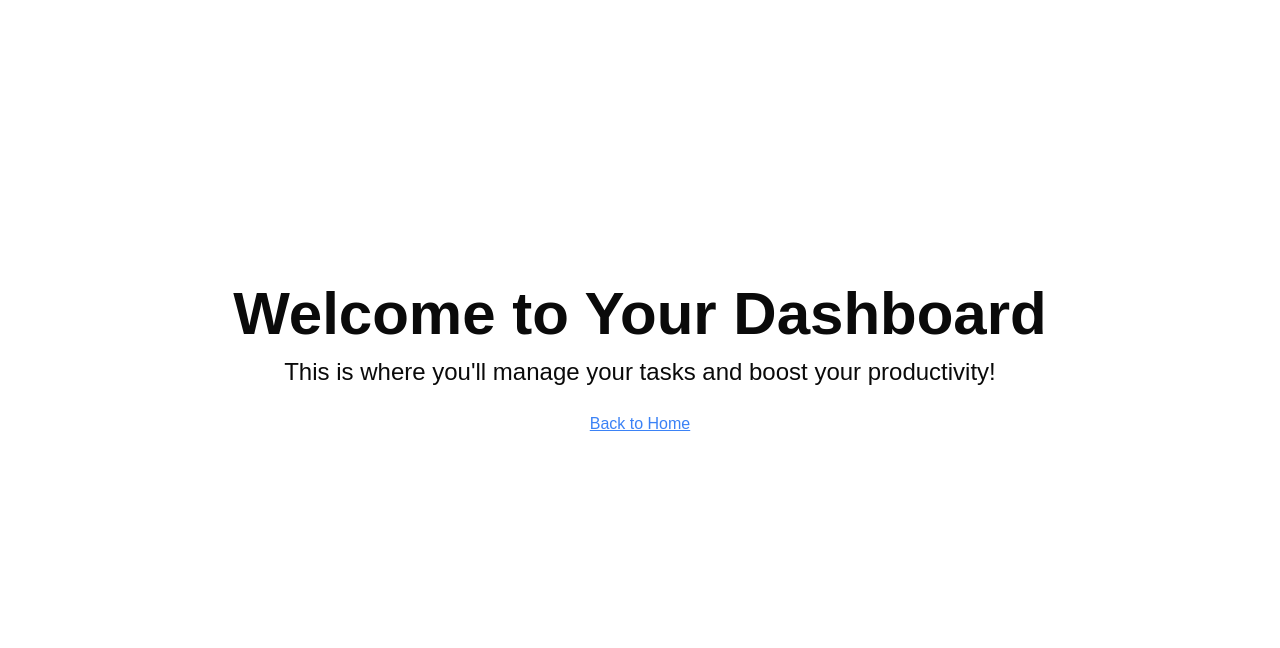
Repository: malikbarbier7/better-todo
Page: /dashboard
An editor plug-in stored every save of this project. The page is shown before and after the next save, followed by the edit.
The browser window is 1280 px wide. The pictures show the whole page.
The project was rebuilt for these pictures with package versions that can differ from the ones it lists, and the page was loaded fresh each time. The framework's server and built-in components were replaced by stand-ins that run in the browser. Also part of the build but not shown: next.config.js, next.config.mjs.

Above is the page before, as saved 2024-10-04 09:58:13.

### app/dashboard/page.tsx
import Link from 'next/link'

export default function DashboardPage() {
  return (
    <div className="flex flex-col items-center justify-center min-h-screen py-2">
      <main className="flex flex-col items-center justify-center w-full flex-1 px-20 text-center">
        <h1 className="text-6xl font-bold">
          Welcome to Your Dashboard
        </h1>
        <p className="mt-3 text-2xl">
          This is where you'll manage your tasks and boost your productivity!
        </p>
        <div className="mt-6">
          <Link href="/" className="text-blue-500 hover:text-blue-600 underline">
            Back to Home
          </Link>
        </div>
      </main>
    </div>
  )
}

### components/dashboard.tsx
'use client'

import React from 'react'
import { Button } from "@/components/ui/button"
import { Card, CardContent, CardHeader, CardTitle } from "@/components/ui/card"
import { Input } from "@/components/ui/input"
import { Tabs, TabsContent, TabsList, TabsTrigger } from "@/components/ui/tabs"
import { CalendarDays, CheckCircle, Circle, ListTodo, PlusCircle, X } from "lucide-react"

export function Dashboard() {
  const [tabs, setTabs] = React.useState(['All', 'Work', 'Personal', 'Side Project'])
  const [activeTab, setActiveTab] = React.useState('All')
  const [newTabName, setNewTabName] = React.useState('')
  const [newTaskName, setNewTaskName] = React.useState('')
  const [tasks, setTasks] = React.useState({
    'All': [
      { id: 1, name: 'Complete project proposal', status: 'pending', category: 'Work', dueDate: 'Due in 2 days' },
      { id: 2, name: 'Review team updates', status: 'completed', category: 'Work', dueDate: 'Completed yesterday' },
      { id: 3, name: 'Plan team building activity', status: 'pending', category: 'Work', dueDate: 'Due next week' },
      { id: 4, name: 'Buy groceries', status: 'pending', category: 'Personal', dueDate: 'Due tomorrow' },
      { id: 5, name: 'Work on side project', status: 'pending', category: 'Side Project', dueDate: 'Due in 3 days' },
    ],
    'Work': [
      { id: 1, name: 'Complete project proposal', status: 'pending', category: 'Work', dueDate: 'Due in 2 days' },
      { id: 2, name: 'Review team updates', status: 'completed', category: 'Work', dueDate: 'Completed yesterday' },
      { id: 3, name: 'Plan team building activity', status: 'pending', category: 'Work', dueDate: 'Due next week' },
    ],
    'Personal': [
      { id: 4, name: 'Buy groceries', status: 'pending', category: 'Personal', dueDate: 'Due tomorrow' },
    ],
    'Side Project': [
      { id: 5, name: 'Work on side project', status: 'pending', category: 'Side Project', dueDate: 'Due in 3 days' },
    ],
  })

  const handleAddTab = () => {
    if (newTabName && !tabs.includes(newTabName)) {
      setTabs([...tabs, newTabName])
      setTasks({ ...tasks, [newTabName]: [] })
      setActiveTab(newTabName)
      setNewTabName('')
    }
  }

  const handleRemoveTab = (tab: string) => {
    if (tab !== 'All') {
      const newTabs = tabs.filter(t => t !== tab)
      const { [tab]: removedTasks, ...restTasks } = tasks
      setTabs(newTabs)
      setTasks(restTasks)
      setActiveTab('All')
    }
  }

  const handleAddTask = (e: React.FormEvent) => {
    e.preventDefault()
    if (newTaskName) {
      const newTask = {
        id: Date.now(),
        name: newTaskName,
        status: 'pending',
        category: activeTab === 'All' ? 'Uncategorized' : activeTab,
        dueDate: 'Not set'
      }
      setTasks(prevTasks => ({
        ...prevTasks,
        [activeTab]: [...prevTasks[activeTab], newTask],
        'All': [...prevTasks['All'], newTask]
      }))
      setNewTaskName('')
    }
  }

  return (
    <div className="flex flex-col min-h-screen">
      <header className="flex items-center h-16 px-4 border-b shrink-0 md:px-6">
        <nav className="flex-1">
          <ul className="flex items-center gap-4 text-sm font-medium">
            <li className="flex items-center gap-2">
              <ListTodo className="w-4 h-4" />
              <span>Todo App</span>
            </li>
          </ul>
        </nav>
        <div className="flex items-center gap-4 md:gap-2 lg:gap-4">
          <Button variant="outline" size="icon">
            <CalendarDays className="w-4 h-4" />
            <span className="sr-only">View calendar</span>
          </Button>
          <Button variant="outline" size="icon">
            <PlusCircle className="w-4 h-4" />
            <span className="sr-only">Create new task</span>
          </Button>
        </div>
      </header>
      <main className="flex-1 overflow-auto p-4 md:p-6">
        <div className="grid gap-4 md:grid-cols-2 lg:grid-cols-4">
          <Card>
            <CardHeader className="flex flex-row items-center justify-between pb-2 space-y-0">
              <CardTitle className="text-sm font-medium">Total Tasks</CardTitle>
              <ListTodo className="w-4 h-4 text-muted-foreground" />
            </CardHeader>
            <CardContent>
              <div className="text-2xl font-bold">24</div>
              <p className="text-xs text-muted-foreground">+2 from yesterday</p>
            </CardContent>
          </Card>
          <Card>
            <CardHeader className="flex flex-row items-center justify-between pb-2 space-y-0">
              <CardTitle className="text-sm font-medium">Completed Tasks</CardTitle>
              <CheckCircle className="w-4 h-4 text-muted-foreground" />
            </CardHeader>
            <CardContent>
              <div className="text-2xl font-bold">16</div>
              <p className="text-xs text-muted-foreground">+4 from yesterday</p>
            </CardContent>
          </Card>
          <Card>
            <CardHeader className="flex flex-row items-center justify-between pb-2 space-y-0">
              <CardTitle className="text-sm font-medium">Pending Tasks</CardTitle>
              <Circle className="w-4 h-4 text-muted-foreground" />
            </CardHeader>
            <CardContent>
              <div className="text-2xl font-bold">8</div>
              <p className="text-xs text-muted-foreground">-2 from yesterday</p>
            </CardContent>
          </Card>
          <Card>
            <CardHeader className="flex flex-row items-center justify-between pb-2 space-y-0">
              <CardTitle className="text-sm font-medium">Completion Rate</CardTitle>
              <CalendarDays className="w-4 h-4 text-muted-foreground" />
            </CardHeader>
            <CardContent>
              <div className="text-2xl font-bold">66.7%</div>
              <p className="text-xs text-muted-foreground">+12% from last week</p>
            </CardContent>
          </Card>
        </div>
        <Card className="mt-4">
          <CardHeader>
            <CardTitle>Recent Tasks</CardTitle>
          </CardHeader>
          <CardContent>
            <Tabs value={activeTab} onValueChange={setActiveTab} className="w-full">
              <div className="flex items-center space-x-4 mb-4">
                <TabsList className="flex-grow">
                  {tabs.map((tab) => (
                    <TabsTrigger key={tab} value={tab} className="flex items-center">
                      {tab}
                      {tab !== 'All' && (
                        <Button
                          variant="ghost"
                          size="icon"
                          className="ml-2 h-4 w-4"
                          onClick={(e) => {
                            e.stopPropagation()
                            handleRemoveTab(tab)
                          }}
                        >
                          <X className="h-3 w-3" />
                        </Button>
                      )}
                    </TabsTrigger>
                  ))}
                </TabsList>
                <div className="flex items-center space-x-2">
                  <Input
                    placeholder="New tab name"
                    value={newTabName}
                    onChange={(e) => setNewTabName(e.target.value)}
                    className="w-32"
                  />
                  <Button onClick={handleAddTab} size="icon">
                    <PlusCircle className="h-4 w-4" />
                  </Button>
                </div>
              </div>
              {tabs.map((tab) => (
                <TabsContent key={tab} value={tab}>
                  <div className="space-y-4">
                    {tasks[tab]?.map((task) => (
                      <div key={task.id} className="flex items-center">
                        {task.status === 'completed' ? (
                          <CheckCircle className="mr-2 h-4 w-4 text-green-500" />
                        ) : (
                          <Circle className="mr-2 h-4 w-4" />
                        )}
                        <span className={`flex-1 ${task.status === 'completed' ? 'line-through' : ''}`}>
                          {task.name}
                        </span>
                        <span className="text-sm text-muted-foreground">{task.dueDate}</span>
                      </div>
                    ))}
                  </div>
                  <form onSubmit={handleAddTask} className="mt-4 flex items-center space-x-2">
                    <Input
                      placeholder="Add a new task"
                      value={newTaskName}
                      onChange={(e) => setNewTaskName(e.target.value)}
                      className="flex-grow"
                    />
                    <Button type="submit">Add Task</Button>
                  </form>
                </TabsContent>
              ))}
            </Tabs>
          </CardContent>
        </Card>
      </main>
    </div>
  )
}

### components/ui/button.tsx
import * as React from "react"
import { Slot } from "@radix-ui/react-slot"
import { cva, type VariantProps } from "class-variance-authority"

import { cn } from "@/lib/utils"

const buttonVariants = cva(
  "inline-flex items-center justify-center whitespace-nowrap rounded-md text-sm font-medium transition-colors focus-visible:outline-none focus-visible:ring-1 focus-visible:ring-ring disabled:pointer-events-none disabled:opacity-50",
  {
    variants: {
      variant: {
        default:
          "bg-primary text-primary-foreground shadow hover:bg-primary/90",
        destructive:
          "bg-destructive text-destructive-foreground shadow-sm hover:bg-destructive/90",
        outline:
          "border border-input bg-background shadow-sm hover:bg-accent hover:text-accent-foreground",
        secondary:
          "bg-secondary text-secondary-foreground shadow-sm hover:bg-secondary/80",
        ghost: "hover:bg-accent hover:text-accent-foreground",
        link: "text-primary underline-offset-4 hover:underline",
      },
      size: {
        default: "h-9 px-4 py-2",
        sm: "h-8 rounded-md px-3 text-xs",
        lg: "h-10 rounded-md px-8",
        icon: "h-9 w-9",
      },
    },
    defaultVariants: {
      variant: "default",
      size: "default",
    },
  }
)

export interface ButtonProps
  extends React.ButtonHTMLAttributes<HTMLButtonElement>,
    VariantProps<typeof buttonVariants> {
  asChild?: boolean
}

const Button = React.forwardRef<HTMLButtonElement, ButtonProps>(
  ({ className, variant, size, asChild = false, ...props }, ref) => {
    const Comp = asChild ? Slot : "button"
    return (
      <Comp
        className={cn(buttonVariants({ variant, size, className }))}
        ref={ref}
        {...props}
      />
    )
  }
)
Button.displayName = "Button"

export { Button, buttonVariants }

### components/ui/card.tsx
import * as React from "react"

import { cn } from "@/lib/utils"

const Card = React.forwardRef<
  HTMLDivElement,
  React.HTMLAttributes<HTMLDivElement>
>(({ className, ...props }, ref) => (
  <div
    ref={ref}
    className={cn(
      "rounded-xl border bg-card text-card-foreground shadow",
      className
    )}
    {...props}
  />
))
Card.displayName = "Card"

const CardHeader = React.forwardRef<
  HTMLDivElement,
  React.HTMLAttributes<HTMLDivElement>
>(({ className, ...props }, ref) => (
  <div
    ref={ref}
    className={cn("flex flex-col space-y-1.5 p-6", className)}
    {...props}
  />
))
CardHeader.displayName = "CardHeader"

const CardTitle = React.forwardRef<
  HTMLParagraphElement,
  React.HTMLAttributes<HTMLHeadingElement>
>(({ className, ...props }, ref) => (
  <h3
    ref={ref}
    className={cn("font-semibold leading-none tracking-tight", className)}
    {...props}
  />
))
CardTitle.displayName = "CardTitle"

const CardDescription = React.forwardRef<
  HTMLParagraphElement,
  React.HTMLAttributes<HTMLParagraphElement>
>(({ className, ...props }, ref) => (
  <p
    ref={ref}
    className={cn("text-sm text-muted-foreground", className)}
    {...props}
  />
))
CardDescription.displayName = "CardDescription"

const CardContent = React.forwardRef<
  HTMLDivElement,
  React.HTMLAttributes<HTMLDivElement>
>(({ className, ...props }, ref) => (
  <div ref={ref} className={cn("p-6 pt-0", className)} {...props} />
))
CardContent.displayName = "CardContent"

const CardFooter = React.forwardRef<
  HTMLDivElement,
  React.HTMLAttributes<HTMLDivElement>
>(({ className, ...props }, ref) => (
  <div
    ref={ref}
    className={cn("flex items-center p-6 pt-0", className)}
    {...props}
  />
))
CardFooter.displayName = "CardFooter"

export { Card, CardHeader, CardFooter, CardTitle, CardDescription, CardContent }

### components/ui/input.tsx
import * as React from "react"

import { cn } from "@/lib/utils"

export interface InputProps
  extends React.InputHTMLAttributes<HTMLInputElement> {}

const Input = React.forwardRef<HTMLInputElement, InputProps>(
  ({ className, type, ...props }, ref) => {
    return (
      <input
        type={type}
        className={cn(
          "flex h-9 w-full rounded-md border border-input bg-transparent px-3 py-1 text-sm shadow-sm transition-colors file:border-0 file:bg-transparent file:text-sm file:font-medium file:text-foreground placeholder:text-muted-foreground focus-visible:outline-none focus-visible:ring-1 focus-visible:ring-ring disabled:cursor-not-allowed disabled:opacity-50",
          className
        )}
        ref={ref}
        {...props}
      />
    )
  }
)
Input.displayName = "Input"

export { Input }

### components/ui/tabs.tsx
"use client"

import * as React from "react"
import * as TabsPrimitive from "@radix-ui/react-tabs"

import { cn } from "@/lib/utils"

const Tabs = TabsPrimitive.Root

const TabsList = React.forwardRef<
  React.ElementRef<typeof TabsPrimitive.List>,
  React.ComponentPropsWithoutRef<typeof TabsPrimitive.List>
>(({ className, ...props }, ref) => (
  <TabsPrimitive.List
    ref={ref}
    className={cn(
      "inline-flex h-9 items-center justify-center rounded-lg bg-muted p-1 text-muted-foreground",
      className
    )}
    {...props}
  />
))
TabsList.displayName = TabsPrimitive.List.displayName

const TabsTrigger = React.forwardRef<
  React.ElementRef<typeof TabsPrimitive.Trigger>,
  React.ComponentPropsWithoutRef<typeof TabsPrimitive.Trigger>
>(({ className, ...props }, ref) => (
  <TabsPrimitive.Trigger
    ref={ref}
    className={cn(
      "inline-flex items-center justify-center whitespace-nowrap rounded-md px-3 py-1 text-sm font-medium ring-offset-background transition-all focus-visible:outline-none focus-visible:ring-2 focus-visible:ring-ring focus-visible:ring-offset-2 disabled:pointer-events-none disabled:opacity-50 data-[state=active]:bg-background data-[state=active]:text-foreground data-[state=active]:shadow",
      className
    )}
    {...props}
  />
))
TabsTrigger.displayName = TabsPrimitive.Trigger.displayName

const TabsContent = React.forwardRef<
  React.ElementRef<typeof TabsPrimitive.Content>,
  React.ComponentPropsWithoutRef<typeof TabsPrimitive.Content>
>(({ className, ...props }, ref) => (
  <TabsPrimitive.Content
    ref={ref}
    className={cn(
      "mt-2 ring-offset-background focus-visible:outline-none focus-visible:ring-2 focus-visible:ring-ring focus-visible:ring-offset-2",
      className
    )}
    {...props}
  />
))
TabsContent.displayName = TabsPrimitive.Content.displayName

export { Tabs, TabsList, TabsTrigger, TabsContent }

Loaded but not shown: app/layout.tsx (common file); app/globals.css (common file); tailwind.config.ts (common file); lib/utils.ts (common file)

After the next save:
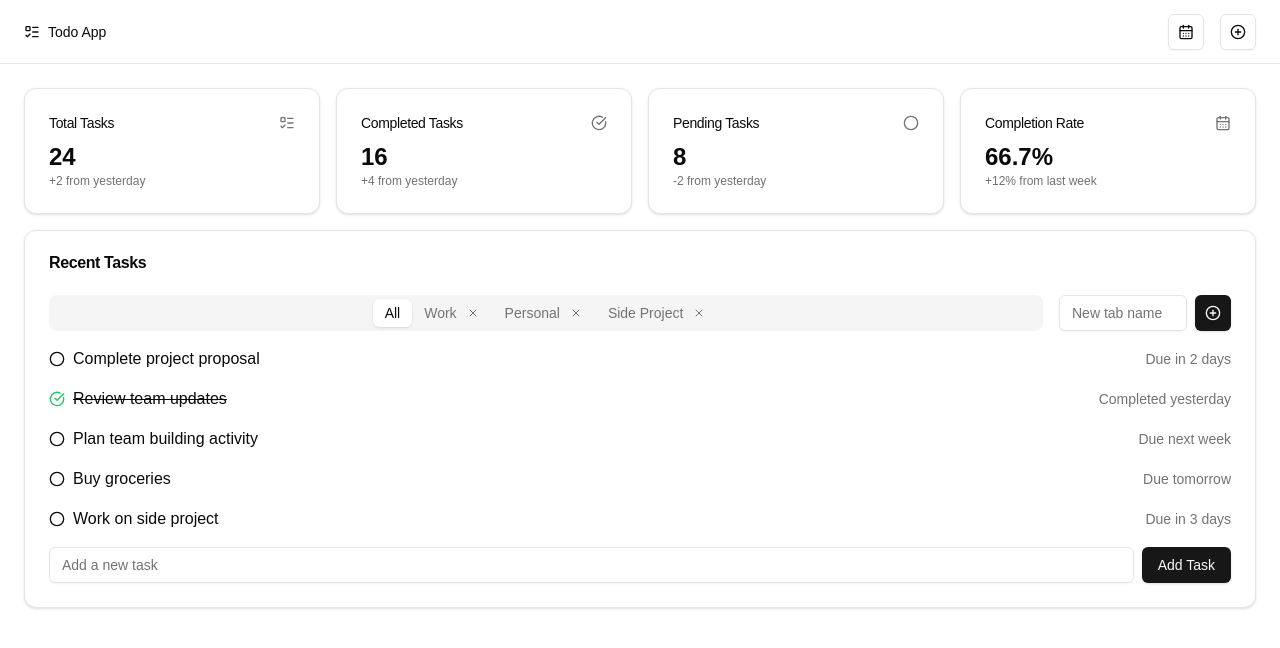
Saved 111 s later.
--- a/app/dashboard/page.tsx
+++ b/app/dashboard/page.tsx
@@ -1,21 +1,5 @@
-import Link from 'next/link'
+import { Dashboard } from '@/components/dashboard'
 
 export default function DashboardPage() {
-  return (
-    <div className="flex flex-col items-center justify-center min-h-screen py-2">
-      <main className="flex flex-col items-center justify-center w-full flex-1 px-20 text-center">
-        <h1 className="text-6xl font-bold">
-          Welcome to Your Dashboard
-        </h1>
-        <p className="mt-3 text-2xl">
-          This is where you'll manage your tasks and boost your productivity!
-        </p>
-        <div className="mt-6">
-          <Link href="/" className="text-blue-500 hover:text-blue-600 underline">
-            Back to Home
-          </Link>
-        </div>
-      </main>
-    </div>
-  )
+  return <Dashboard />
 }
